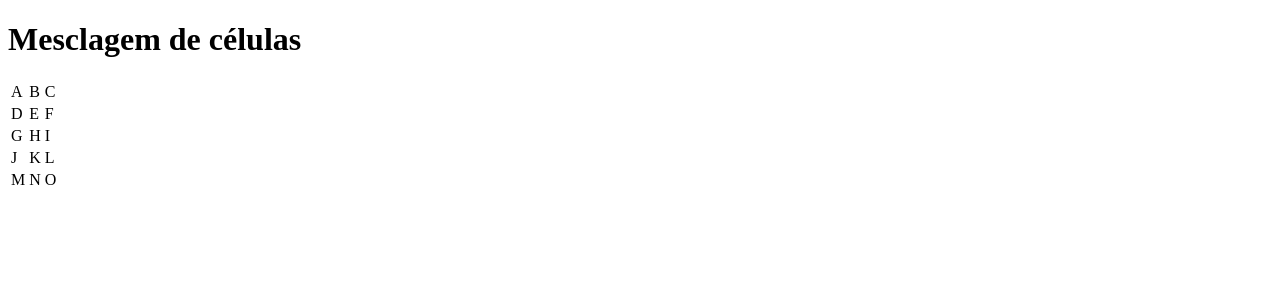
Repository: railsondev/html-css
Page: Módulo3/Exercicios/Ex02 - Tabelas/tabela003.html
These files come from the project's save history. The page is drawn as it stood at one moment and after the next save; the edit follows.
The browser window is 1280 px wide. The pictures show the whole page.

Above is the page before, as saved 2024-10-19 20:57:44.

After the next save:
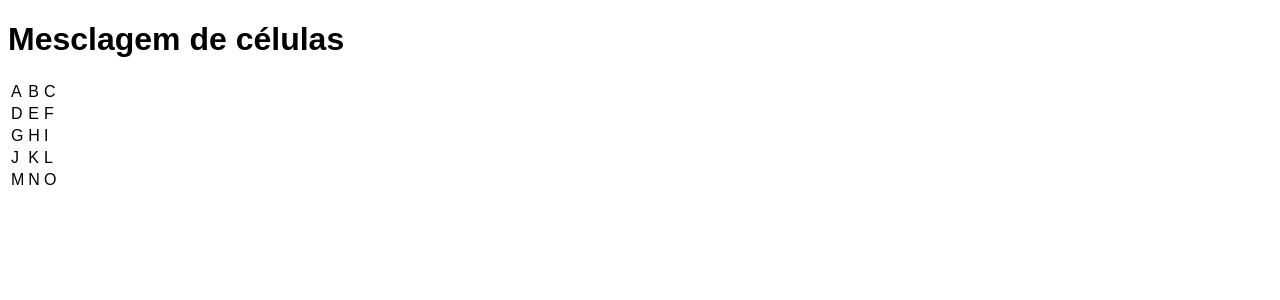
Saved 4 s later.
--- a/Módulo3/Exercicios/Ex02 - Tabelas/src/css/estilo03.css
+++ b/Módulo3/Exercicios/Ex02 - Tabelas/src/css/estilo03.css
@@ -1,5 +1,5 @@
 @charset 'UTF-8';
 
 body {
-  font
+  font-family: Arial, Helvetica, sans-serif;
 }
